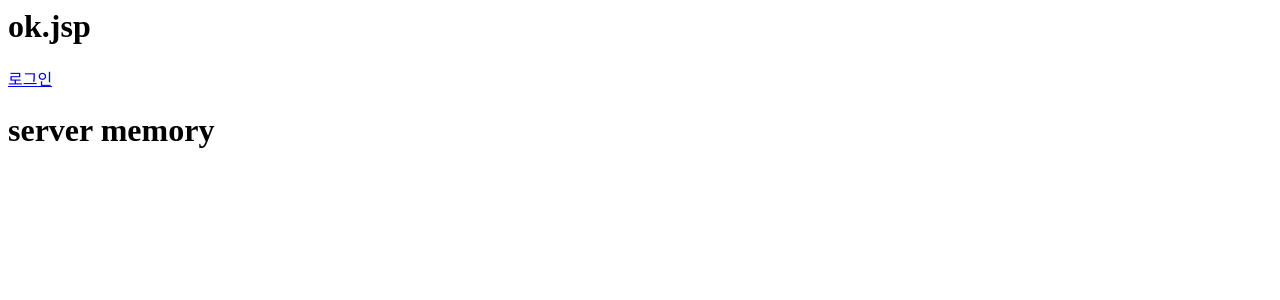
Repository: nojong99/kosta
Page: http://localhost/32_MVCModel2/loginAction
An editor plug-in stored every save of this project. The page is shown before and after the next save, followed by the edit.
The browser window is 1280 px wide. The pictures show the whole page.
The page is served by Tomcat 9. Other server files are loaded and not shown.

Above is the page before, as saved 2026-09-17 02:58:06.

### 32_MVCModel2/src/main/webapp/view/ok.jsp
<%@page import="java.util.Date"%>
<%@ page language="java" contentType="text/html; charset=UTF-8"
    pageEncoding="UTF-8"%>
	<h1>ok.jsp</h1>

	<a href="loginUI">로그인</a>
	<!-- 무엇인가를 주는 페이지 set
		 테스트하는 동선이 중요! 순서가 달라지면 결과가 다름
		 servlet -> Action 에서 처리
	-->
	<h1>server memory</h1>
	<%
		application.setAttribute("info", "모든 서버가 공유");
		session.setAttribute("name", request.getParameter("name"));
		request.setAttribute("date", new Date().toString());
	%>

### 32_MVCModel2/src/main/java/kr/swdl/servlet/LoginActionServlet.java
package kr.swdl.servlet;

import java.io.IOException;
import javax.servlet.ServletException;
import javax.servlet.annotation.WebServlet;
import javax.servlet.http.HttpServlet;
import javax.servlet.http.HttpServletRequest;
import javax.servlet.http.HttpServletResponse;

/**
 * Servlet implementation class LoginActionServlet
 */
@WebServlet("/loginAction")
public class LoginActionServlet extends HttpServlet {

	protected void service(HttpServletRequest request, HttpServletResponse response) throws ServletException, IOException {
//		response.getWriter().append(request.getMethod());
		// 로그인 처리 DAO에서 해줘야함
		request.getRequestDispatcher("/view/ok.jsp").forward(request, response);
//		response.sendRedirect("view/ok.jsp");
	}

//	protected void doGet(HttpServletRequest request, HttpServletResponse response) throws ServletException, IOException {
//		response.getWriter().append("GET").append(request.getContextPath());
//	}
//
//	protected void doPost(HttpServletRequest request, HttpServletResponse response) throws ServletException, IOException {
//		response.getWriter().append("Post").append(request.getContextPath());
//	}

}

After the next save:
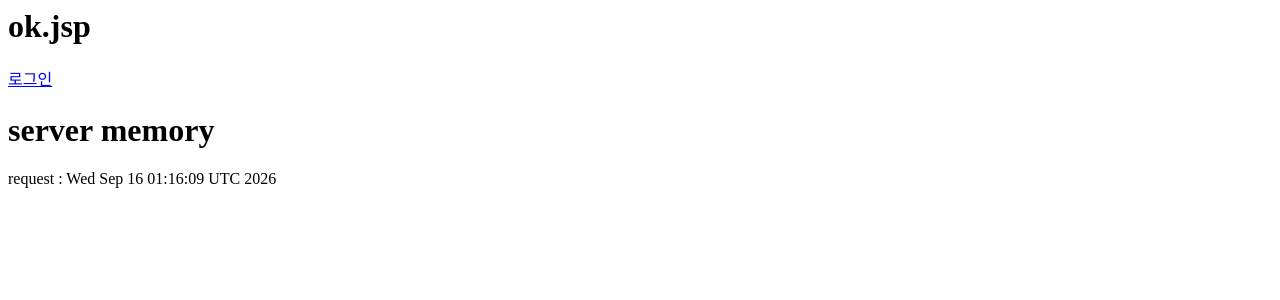
Saved 11 min 43 s later.
--- a/32_MVCModel2/src/main/webapp/view/ok.jsp
+++ b/32_MVCModel2/src/main/webapp/view/ok.jsp
@@ -14,3 +14,4 @@
 		session.setAttribute("name", request.getParameter("name"));
 		request.setAttribute("date", new Date().toString());
 	%>
+	request : ${date} <br>
